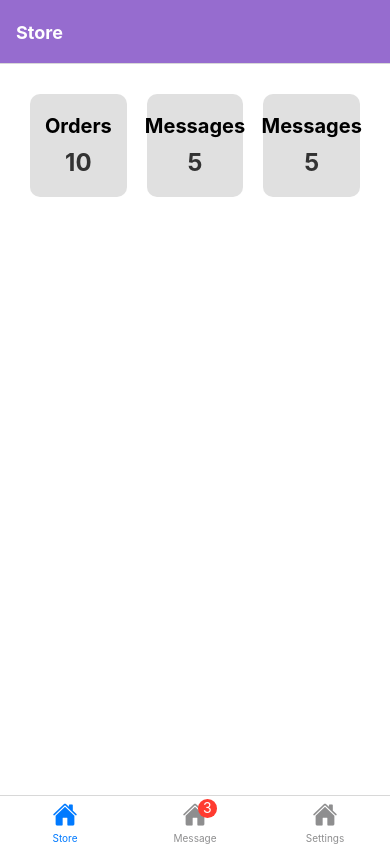
Repository: Waikato153/AwesomeProject
Screen: /
The author's editor kept a copy of each file at every save. The screen is drawn from the files as they stood at one save, then again after the next save.
The app was drawn by React Native's web renderer in a window 390 px wide. The project was rebuilt for these pictures with package versions that can differ from the ones it lists, and the page was loaded fresh each time.

Above is the screen before, as saved 2024-02-28 17:18:15.

After the next save:
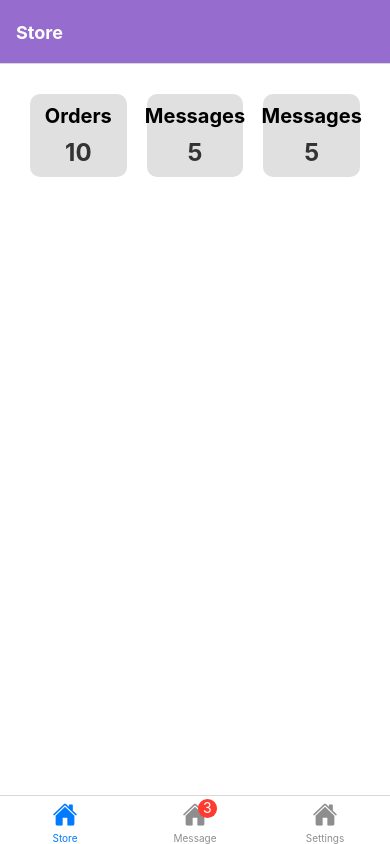
Saved 4 s later.
--- a/screens/HomeScreen.js
+++ b/screens/HomeScreen.js
@@ -37,7 +37,7 @@ const styles = StyleSheet.create({
     alignItems: 'center',
     backgroundColor: '#e0e0e0',
     borderRadius: 10,
-    padding: 20,
+    padding: 10,
     margin: 10,
   },
   title: {
